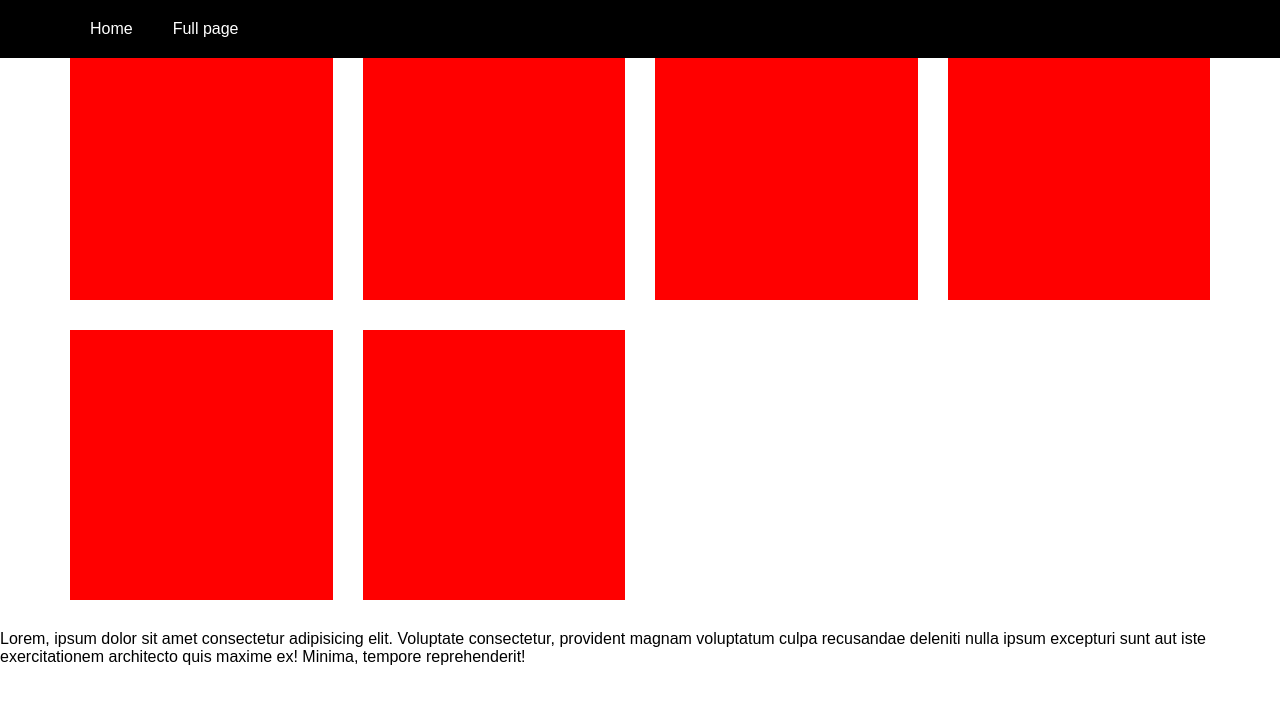
Repository: danilodscosta/CursoHTML
Page: aula1/aulascss.html
The author's editor kept a copy of each file at every save. The page is drawn from the files as they stood at one save, then again after the next save.
The browser window is 1280 px wide. The pictures show the whole page.

Above is the page before, as saved 2024-01-17 17:27:33.

### aula1/aulascss.html
<!DOCTYPE html>
<html lang="pt-BR">

<head>
    <meta charset="utf-8">
    <meta name="viewport" content="width=device-width, inital-scale=1.0">
    <title>Aulas CSS</title>
    <link rel="stylesheet" href="assets/css/aulasstyle.css">
</head>



<body>
    <nav class="menu">
        <ul>
            <li><a href="#home">Home</a></li>
            <li><a href="#full-page">Full page</a></li>
        </ul>
    </nav>

    <div class="grid">
        <div class="col">
            <div class="col-content"></div>
        </div>
        <div class="col">
            <div class="col-content"></div>
        </div>
        <div class="col">
            <div class="col-content"></div>
        </div>
        <div class="col">
            <div class="col-content"></div>
        </div>
        <div class="col">
            <div class="col-content"></div>
        </div>
        <div class="col">
            <div class="col-content"></div>
        </div>
    </div>
    <section id="full-page" class="full-page">
        <p>Lorem, ipsum dolor sit amet consectetur adipisicing elit. Voluptate consectetur, provident magnam voluptatum culpa recusandae deleniti nulla ipsum excepturi sunt aut iste exercitationem architecto quis maxime ex! Minima, tempore reprehenderit!</p>
    </section>
</body>
</html>

### aula1/assets/css/aulasstyle.css
/*
ID Classes, atributos e pseudo-classes  Elementos e pseudo-elementos
*/

* {
    margin: 0;
    padding: 0;
    box-sizing: border-box;
}

body {
    font-family: sans-serif;
}

.grid {
    max-width: 1200px;
    padding: 15px;
    margin: 0 auto;
}

.grid:after {
    content: '';
    display: block;
    clear: both;
}

.grid .col {
    height: 300px;
    float: left;
    padding: 15px;
}

.grid .col-content {
    width: 100%;
    height: 100%;
    background: red;
}

.menu {
    position: fixed;
    background: black;
    width: 100%;
}

.menu ul {
    list-style: none;
    display: block;
    width: 1200px;
    padding: 0 30px;
    margin: 0 auto;
}

.menu ul li {
    float: left;
}

.menu ul li a {
    display: block;
    color: #fff;
    padding: 20px;
    text-decoration: none;
}

.menu ul li a:hover {
    background: #333;
}

@media all and (max-width: 568px) {
    .grid .col {
        width: 100%;
    }
}

@media all and (min-width: 569px) and (max-width: 768px) {
    .grid .col {
        width: 50%;
    }
}

@media all and (min-width: 769px) and (max-width: 1200px) {
    .grid .col {
        width: 33.33%;
    }
}

@media all and (min-width: 1201px) and (max-width: 2400px) {
    .grid .col {
        width: 25%;
    }
}

After the next save:
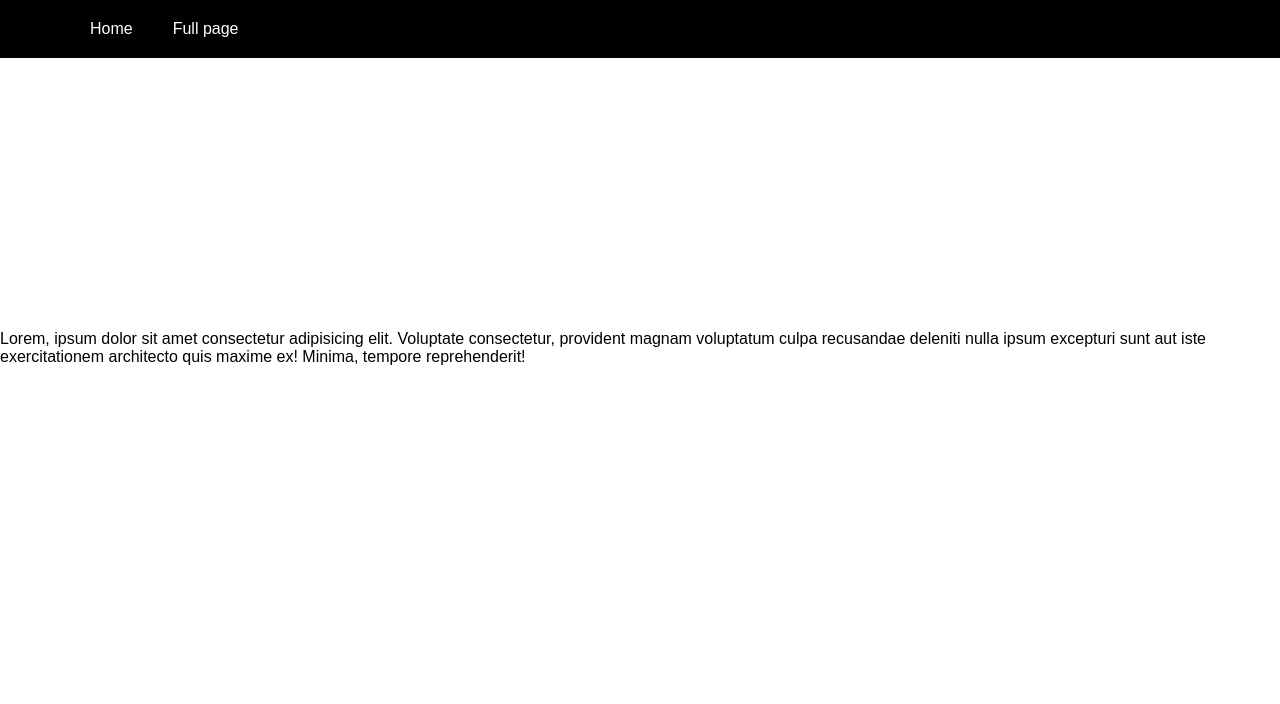
Saved 34 s later.
--- a/aula1/assets/css/aulasstyle.css
+++ b/aula1/assets/css/aulasstyle.css
@@ -59,7 +59,7 @@
     color: #fff;
     padding: 20px;
     text-decoration: none;
-}
+    transition: all 300ms ease-in-out;
 
 .menu ul li a:hover {
     background: #333;

After the save that followed:
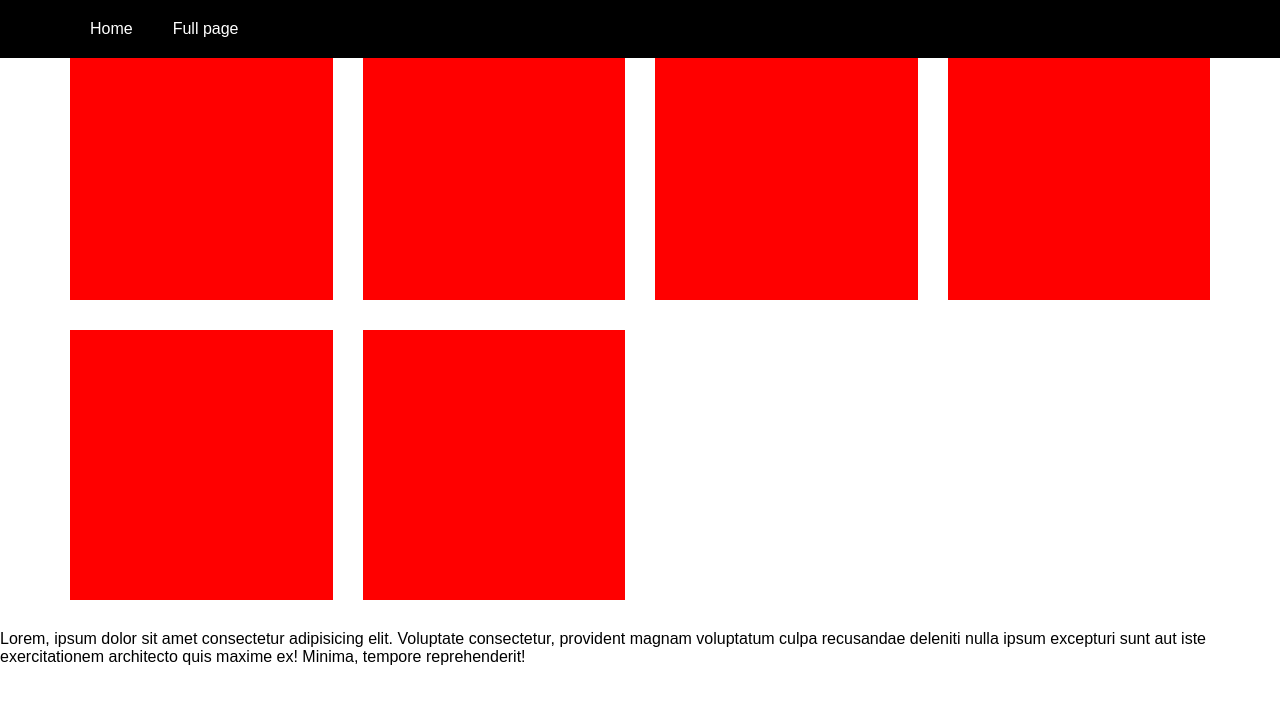
Saved 17 s later.
--- a/aula1/assets/css/aulasstyle.css
+++ b/aula1/assets/css/aulasstyle.css
@@ -59,7 +59,8 @@
     color: #fff;
     padding: 20px;
     text-decoration: none;
-    transition: all 300ms ease-in-out;
+    transition: ;
+}
 
 .menu ul li a:hover {
     background: #333;
